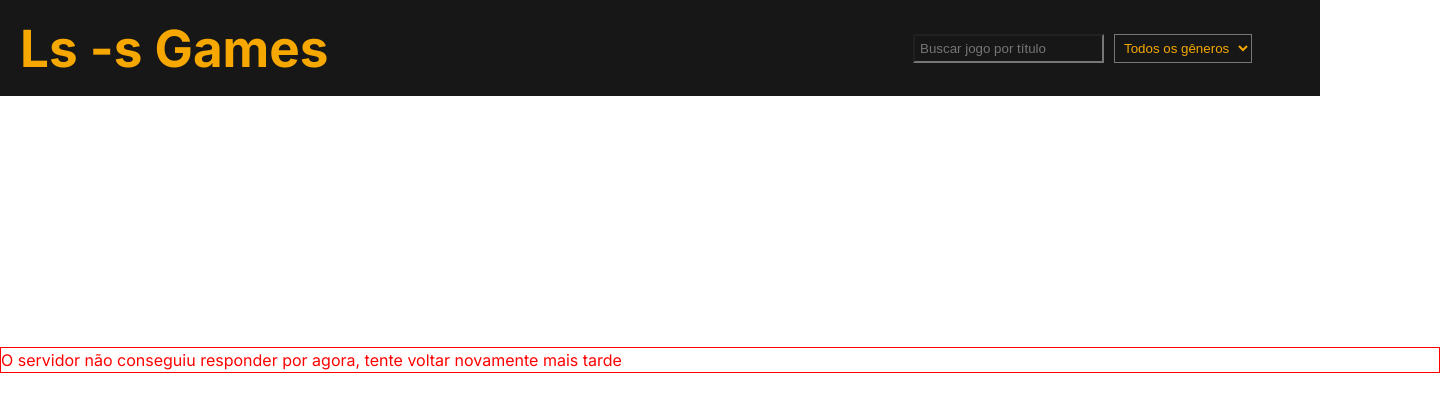
Repository: nlemuel/games-front-test
Page: /
An editor plug-in stored every save of this project. The page is shown before and after the next save, followed by the edit.
The browser window is 1280 px wide. The page is 1440 px wide, so the pictures cover 1440 px, including what lies to the right of the window. The pictures show the whole page.
The page's requests for data from a server got no answer. The project was rebuilt for these pictures with package versions that can differ from the ones it lists, and the page was loaded fresh each time. No one was signed in, and anything a server would have sent is missing. Also part of the build but not shown: vite.config.ts.

Above is the page before, as saved 2023-06-25 21:00:39.

### index.html
<!DOCTYPE html>
<html lang="en">
  <head>
    <link rel="stylesheet" href="https://fonts.googleapis.com/css2?family=Inter:wght@400;500;600;700&display=swap" />
    <meta charset="UTF-8" />
    <link rel="icon" type="image/svg+xml" href="./assets/joystick-17.svg">
    <meta name="viewport" content="width=device-width, initial-scale=1.0" />
    <title>LsGames</title>
  </head>
  <body>
    <div id="root"></div>
    <script type="module" src="/src/main.tsx"></script>
  </body>
</html>

### src/App.tsx
import React from 'react';
import Home from './pages/Home';



const App: React.FC = () => {
  return (
    <>
      <Home />
    </>
  );
}

export default App;

### src/index.css
:root {
  font-family: Inter, system-ui, Avenir, Helvetica, Arial, sans-serif;
  line-height: 1.5;
  font-weight: 400;

  color-scheme: light dark;
  color: rgba(255, 255, 255, 0.87);
  background-color: #171617;

  font-synthesis: none;
  text-rendering: optimizeLegibility;
  -webkit-font-smoothing: antialiased;
  -moz-osx-font-smoothing: grayscale;
  -webkit-text-size-adjust: 100%;

 /* Estilos para telas 4K (2560px e acima) */
@media (min-width: 2560px) {
  /* Exemplo de regras de responsividade para 4K */
  body {
    font-size: 18px;
  }

  .container {
    max-width: 1600px;
    margin: 0 auto;
  }

  .header {
    padding: 30px;
  }

  .menu {
    display: flex;
    justify-content: space-between;
    align-items: center;
  }

  .menu-item {
    font-size: 24px;
    padding: 10px;
  }

  .content {
    column-count: 4;
  }

  .card {
    width: 400px;
    margin-bottom: 40px;
  }
}

/* Estilos para Laptop L (1440px) */
@media (max-width: 1440px) {
  /* Exemplo de regras de responsividade para Laptop L */
  body {
    font-size: 16px;
  }

  .container {
    max-width: 1200px;
    margin: 0 auto;
  }

  .header {
    padding: 20px;
  }

  .menu {
    display: flex;
    justify-content: space-between;
    align-items: center;
  }

  .menu-item {
    font-size: 20px;
    padding: 8px;
  }

  .content {
    column-count: 3;
  }

  .card {
    width: 300px;
    margin-bottom: 30px;
  }
}

/* Estilos para Laptop (1024px) */
@media (max-width: 1024px) {
  /* Exemplo de regras de responsividade para Laptop */
  body {
    font-size: 14px;
  }

  .container {
    max-width: 960px;
    margin: 0 auto;
  }

  .header {
    padding: 16px;
  }

  .menu {
    display: flex;
    justify-content: space-between;
    align-items: center;
  }

  .menu-item {
    font-size: 16px;
    padding: 6px;
  }

  .content {
    column-count: 2;
  }

  .card {
    width: 240px;
    margin-bottom: 20px;
  }
}

/* Estilos para Tablet (768px) */
@media (max-width: 768px) {
  /* Exemplo de regras de responsividade para Tablet */
  body {
    font-size: 12px;
  }

  .container {
    max-width: 720px;
    margin: 0 auto;
  }

  .header {
    padding: 12px;
  }

  .menu {
    display: flex;
    justify-content: center;
    align-items: center;
    flex-wrap: wrap;
  }

  .menu-item {
    font-size: 14px;
    padding: 4px;
  }

  .content {
    column-count: 1;
  }

  .card {
    width: 100%;
    margin-bottom: 16px;
  }
}

/* Estilos para Mobile L (425px) */
@media (max-width: 425px) {
  /* Exemplo de regras de responsividade para Mobile L */
  body {
    font-size: 10px;
  }

  .container {
    max-width: 375px;
    margin: 0 auto;
  }

  .header {
    padding: 8px;
  }

  .menu {
    display: flex;
    justify-content: center;
    align-items: center;
    flex-wrap: wrap;
  }

  .menu-item {
    font-size: 12px;
    padding: 2px;
  }

  .content {
    column-count: 1;
  }

  .card {
    width: 100%;
    margin-bottom: 12px;
  }
}

/* Estilos para Mobile M (375px) */
@media (max-width: 375px) {
  /* Exemplo de regras de responsividade para Mobile M */
  body {
    font-size: 10px;
  }

  .container {
    max-width: 320px;
    margin: 0 auto;
  }

  .header {
    padding: 8px;
  }

  .menu {
    display: flex;
    justify-content: center;
    align-items: center;
    flex-wrap: wrap;
  }

  .menu-item {
    font-size: 12px;
    padding: 2px;
  }

  .content {
    column-count: 1;
  }

  .card {
    width: 100%;
    margin-bottom: 12px;
  }
}

/* Estilos para Mobile S (320px) */
@media (max-width: 320px) {
  /* Exemplo de regras de responsividade para Mobile S */
  body {
    font-size: 8px;
  }

  .container {
    max-width: 280px;
    margin: 0 auto;
  }

  .header {
    padding: 6px;
  }

  .menu {
    display: flex;
    justify-content: center;
    align-items: center;
    flex-wrap: wrap;
  }

  .menu-item {
    font-size: 10px;
    padding: 2px;
  }

  .content {
    column-count: 1;
  }

  .card {
    width: 100%;
    margin-bottom: 8px;
  }
}


}

a {
  font-weight: 500;
  color: #646cff;
  text-decoration: inherit;
}
a:hover {
  color: #535bf2;
}

body {
  margin: 0;
  display: flex;
  place-items: center;
  min-width: 320px;
  min-height: 100vh;
}

h1 {
  font-size: 3.2em;
  line-height: 1.1;
}

button {
  border-radius: 8px;
  border: 1px solid transparent;
  padding: 0.6em 1.2em;
  font-size: 1em;
  font-weight: 500;
  font-family: inherit;
  background-color: #1a1a1a;
  cursor: pointer;
  transition: border-color 0.25s;
}
button:hover {
  border-color: #646cff;
}
button:focus,
button:focus-visible {
  outline: 4px auto -webkit-focus-ring-color;
}

@media (prefers-color-scheme: light) {
  :root {
    color: #213547;
    background-color: #ffffff;
  }
  a:hover {
    color: #747bff;
  }
  button {
    background-color: #f9f9f9;
  }
}

### src/pages/Home.tsx
import React, { useState, useEffect } from 'react';
import Container from '../components/Container/styles';
import Card from '../components/Card/styles';
import Title from '../components/Title/styles';
import Image from '../components/Image/styles';
import ErrorMessage from '../components/ErrorMessage/styles';
import Loader from '../components/Loader/styles';
import Header from '../components/Header';

import { fetchGames } from '../api/api';
import DescriptionText from '../components/Description/styles';

interface Game {
  id: number;
  title: string;
  genre: string;
  thumbnail: string;
  short_description: string;
}

const Home: React.FC = () => {
  const [loading, setLoading] = useState<boolean>(true);
  const [error, setError] = useState<string>('');
  const [games, setGames] = useState<Game[]>([]);
  const [searchTerm, setSearchTerm] = useState<string>('');
  const [selectedGenre, setSelectedGenre] = useState<string>('');
  const [genres, setGenres] = useState<string[]>([]);

  useEffect(() => {
    const fetchData = async () => {
      try {
        setLoading(true);
        setError('');

        const fetchedGames = await fetchGames();
        setGames(fetchedGames);

        const uniqueGenres = [...new Set(fetchedGames.map((game) => game.genre))];
        setGenres(uniqueGenres);
      } catch (error: any) {
        setError(error.message);
      } finally {
        setLoading(false);
      }
    };

    fetchData();
  }, []);

  const handleSearch = (event: React.ChangeEvent<HTMLInputElement>) => {
    setSearchTerm(event.target.value);
  };

  const handleGenreChange = (event: React.ChangeEvent<HTMLSelectElement>) => {
    setSelectedGenre(event.target.value);
  };

  const filteredGames = games.filter((game) =>
    game.title.toLowerCase().includes(searchTerm.toLowerCase())
  );

  const filteredGamesByGenre = selectedGenre
    ? filteredGames.filter((game) => game.genre === selectedGenre)
    : filteredGames;

  return (
    <div>
      <Header
        setSearchTerm={handleSearch}
        selectedGenre={selectedGenre}
        handleGenreChange={handleGenreChange}
        genres={genres}
      />

      {loading ? (
        <Loader>Carregando...</Loader>
      ) : (
        <Container>
          {filteredGamesByGenre.map((game) => (
            <Card key={game.id}>
              <Title>{game.title}</Title>
              <Image src={game.thumbnail} alt={game.title} />
              <DescriptionText>{game.short_description}</DescriptionText>
            </Card>
          ))}
        </Container>
      )}

      {error && <ErrorMessage>{error}</ErrorMessage>}
    </div>
  );
};

export default Home;

### src/components/Container/styles.tsx
import styled from 'styled-components';

const Container = styled.div`
  display: flex;
  flex-wrap: wrap;
  justify-content: center;
  min-width: 90rem;
`;

export default Container;

### src/components/Card/styles.tsx
import styled from 'styled-components';

const Card = styled.div`
  flex: 0 0 30%;
  margin: 10px;
  padding: 10px;
  background-color: #161716;
  border-radius: 5px;
  margin-top: 7rem;
  cursor: pointer;
  transition: transform 0.2s ease;

  &:hover {
    transform: translateY(-5px);
    box-shadow: 0 0 10px #f6a700;
  }

  /* Responsividade para 2 colunas (768px a 1023px) */
  @media (max-width: 1023px) {
    flex: 0 0 50%;
  }

  /* Responsividade para 1 coluna (abaixo de 767px) */
  @media (max-width: 767px) {
    flex: 0 0 100%;
  }
`;

export default Card;

### src/components/Title/styles.tsx
import styled from 'styled-components';

const Title = styled.h3`
  color: #f6a700;
  margin: 0;
`;

export default Title;

### src/components/Image/styles.tsx
import styled from 'styled-components';

const Image = styled.img`
  width: 100%;
  height: auto;
  margin-bottom: 10px;
`;

export default Image;

### src/components/ErrorMessage/styles.tsx
import styled from 'styled-components';

const ErrorMessage = styled.p`
  color: red;
  border: 1px solid
`;

export default ErrorMessage;

### src/components/Loader/styles.tsx
import styled from 'styled-components';

const Loader = styled.div`
  display: flex;
  justify-content: center;
  align-items: center;
  height: 200px;
  font-size: 24px;
  border:1px solid;
`;

export default Loader;

### src/components/Header/index.tsx
import React from 'react';
import styled from 'styled-components';

const HeaderContainer = styled.header`
  background-color: #161716;
  padding: 20px;
  position: fixed;
  top: 0;
  width: 100%;
  z-index: 9999;
  display: flex;
  align-items: center;
  justify-content: space-between;

`;

const Title = styled.h1`
  color: #f6a700;
  margin: 0;
`;

const SearchBar = styled.input`
  padding: 5px;
  background-color: #161716;
  color: #f6a700;
  margin-right: 10px;
`;

const GenreFilter = styled.select`
  padding: 5px;
  background-color: #161716;
  color: #f6a700;
  margin-right: 3rem;
`;

interface HeaderProps {
  setSearchTerm: (event: React.ChangeEvent<HTMLInputElement>) => void;
  selectedGenre: string;
  handleGenreChange: (event: React.ChangeEvent<HTMLSelectElement>) => void;
  genres: string[];
}

const Header: React.FC<HeaderProps> = ({
  setSearchTerm,
  selectedGenre,
  handleGenreChange,
  genres,
}) => {
  const handleSearch = (event: React.ChangeEvent<HTMLInputElement>) => {
    setSearchTerm(event); // Ajuste aqui para passar o evento diretamente
  };

  return (
    <HeaderContainer>
      <Title>Ls -s Games</Title>
      <div>
      <SearchBar
        type="text"
        placeholder="Buscar jogo por título"
        onChange={handleSearch}
      />
      <GenreFilter value={selectedGenre} onChange={handleGenreChange}>
        <option value="">Todos os gêneros</option>
        {genres.map((genre) => (
          <option key={genre} value={genre}>
            {genre}
          </option>
        ))}
      </GenreFilter>
      </div>
    </HeaderContainer>
  );
};

export default Header;

### src/api/api.ts
import axios, { AxiosResponse } from 'axios';

interface Game {
  id: number;
  title: string;
  genre: string;
  thumbnail: string;
  short_description: string;
}

const API_URL = 'https://games-test-api-81e9fb0d564a.herokuapp.com/api/data/';

const fetchGames = async (): Promise<Game[]> => {
  try {
    const config = {
      headers: {
        'dev-email-address': 'lemuelayres@gmail.com'
      },
      timeout: 5000 // Define o tempo limite de 5 segundos
    };

    const response: AxiosResponse<Game[]> = await axios.get(API_URL, config);
    return response.data;
  } catch (error: any) {
    if (error.code === 'ECONNABORTED' && error.message.includes('timeout')) {
      throw new Error('O servidor demorou para responder, tente mais tarde');
    } else if (error.response && error.response.status >= 500 && error.response.status <= 509) {
      throw new Error('O servidor falhou em responder, tente recarregar a página');
    } else {
      throw new Error('O servidor não conseguiu responder por agora, tente voltar novamente mais tarde');
    }
  }
};

export { fetchGames };

### src/components/Description/styles.tsx
import styled from 'styled-components';

const DescriptionText = styled.p`
  color: #ffffff;
`;

export default DescriptionText;

Loaded but not shown: src/main.tsx (common file)

After the next save:
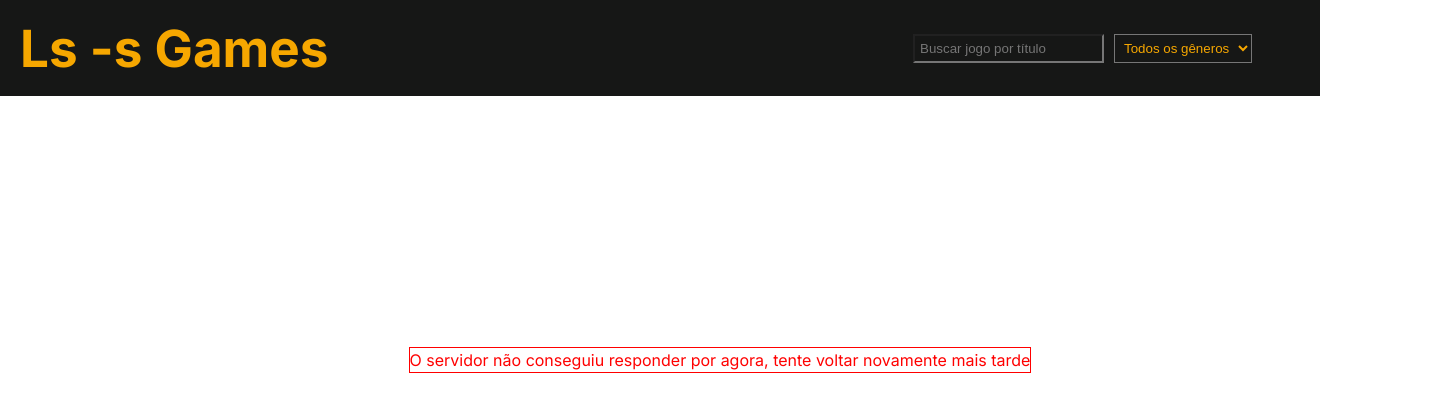
Saved 4 min 49 s later.
--- a/src/pages/Home.tsx
+++ b/src/pages/Home.tsx
@@ -73,7 +73,9 @@ const Home: React.FC = () => {
       />
 
       {loading ? (
-        <Loader>Carregando...</Loader>
+        <div style={{ display: 'flex', alignItems: 'center', justifyContent: 'center', height: '100vh' }}>
+          <Loader>Carregando...</Loader>
+        </div>
       ) : (
         <Container>
           {filteredGamesByGenre.map((game) => (
@@ -86,7 +88,11 @@ const Home: React.FC = () => {
         </Container>
       )}
 
-      {error && <ErrorMessage>{error}</ErrorMessage>}
+      {error && (
+        <div style={{ display: 'flex', alignItems: 'center', justifyContent: 'center', height: '100vh' }}>
+          <ErrorMessage>{error}</ErrorMessage>
+        </div>
+      )}
     </div>
   );
 };
